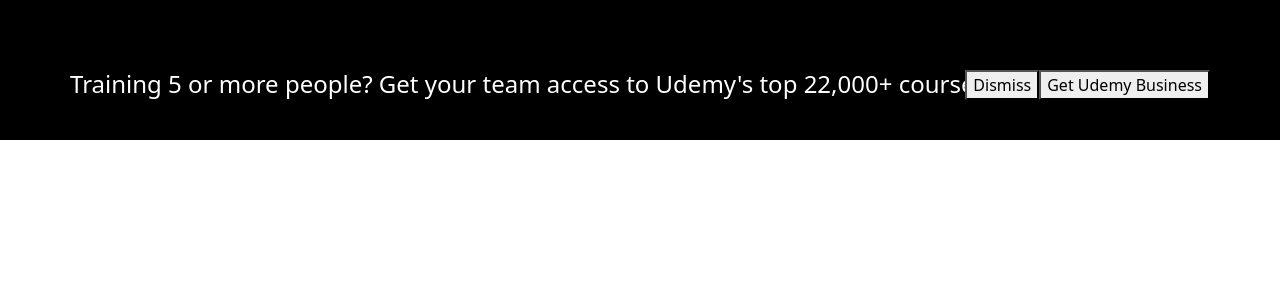
Repository: Taniafdes/newProject
Page: /division/division
An editor plug-in stored every save of this project. The page is shown before and after the next save, followed by the edit.
The browser window is 1280 px wide. The pictures show the whole page.
The project was rebuilt for these pictures with package versions that can differ from the ones it lists, and the page was loaded fresh each time. The framework's server and built-in components were replaced by stand-ins that run in the browser. Also part of the build but not shown: next.config.js.

Above is the page before, as saved 2023-06-15 16:25:58.

After the next save:
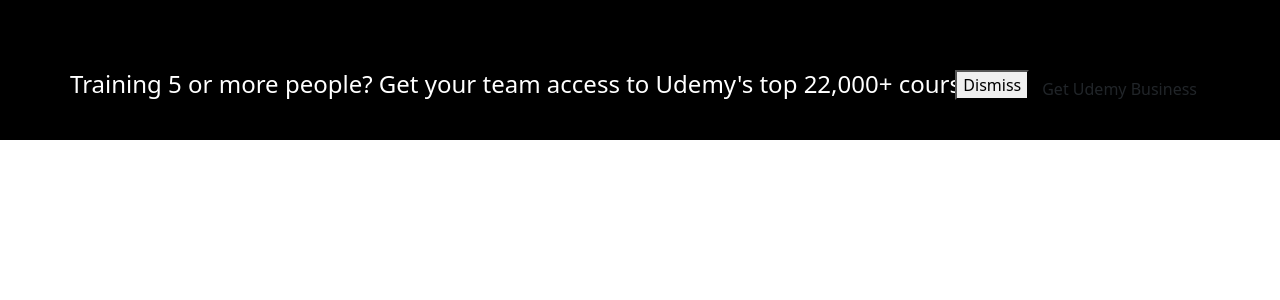
Saved 6 s later.
--- a/pages/division/division.js
+++ b/pages/division/division.js
@@ -7,7 +7,7 @@
     <div>
     <div style={{backgroundColor: 'black', padding: '70px'}}>
     <h4 style={{width: '150px', whiteSpace: 'nowrap', float: 'left', color: 'white'}}>Training 5 or more people? Get your team access to Udemy's top 22,000+ courses</h4>
-    <button className=' mr-3' style={{float: "right"}}>Get Udemy Business</button>
+    <button className=' btn btn mr-3' style={{float: "right"}}>Get Udemy Business</button>
     <button className='mr-3' style={{float: "right"}}>Dismiss</button>
     </div>
     </div>
